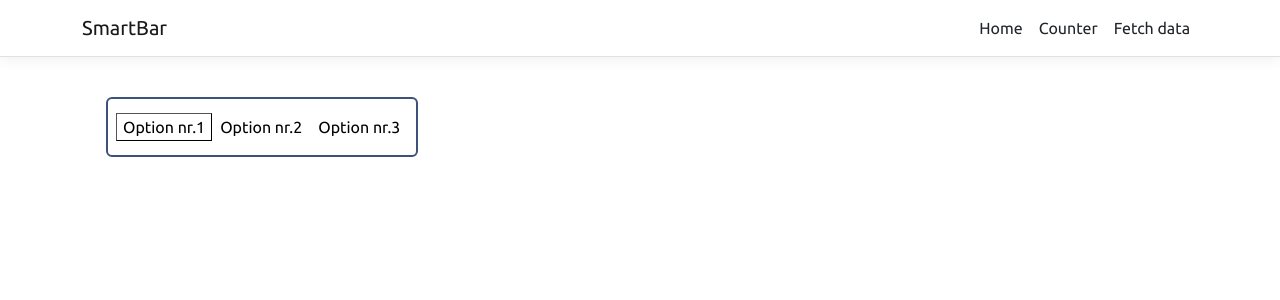
Repository: dropauteriai/SmartBarFrontEnd
Page: /
The author's editor kept a copy of each file at every save. The page is drawn from the files as they stood at one save, then again after a run of saves.
The browser window is 1280 px wide. The pictures show the whole page.
The page's requests for data from a server got no answer. The project was rebuilt for these pictures with package versions that can differ from the ones it lists, and the page was loaded fresh each time. No one was signed in, and anything a server would have sent is missing. Also part of the build but not shown: src/components/Counter.js, src/components/FetchData.js, src/components/Card.js, src/components/SideBar.js.

Above is the page before, as saved 2023-02-14 05:54:08.

After the next 4 saves:
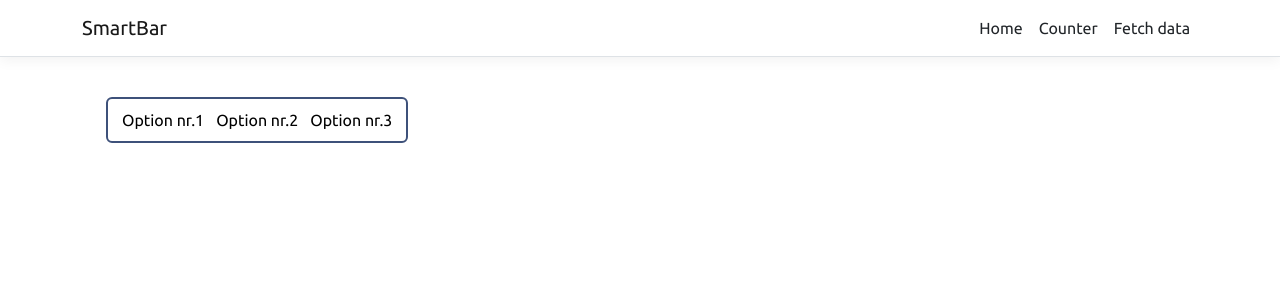
The 4 saves are shown as one change because they came seconds apart.
The last was saved 17 s later.
--- a/src/components/Popup.js
+++ b/src/components/Popup.js
@@ -4,13 +4,13 @@ export default function Popup() {
   return (
     <div className="d-inline-flex">
       <div className="p-2 align-items-center justify-content-center border border-2 border-secondary rounded">
-        <button className=" border-1 align-items-center justify-content-center bg-white">
+        <button className="border-0 align-items-center justify-content-center bg-white">
           Option nr.1
         </button>
-        <button className="p-2 border-0 align-items-center justify-content-center bg-white">
+        <button className="border-0 align-items-center justify-content-center bg-white">
           Option nr.2
         </button>
-        <button className="p-2 border-0 align-items-center justify-content-center bg-white">
+        <button className="border-0 align-items-center justify-content-center bg-white">
           Option nr.3
         </button>
       </div>
